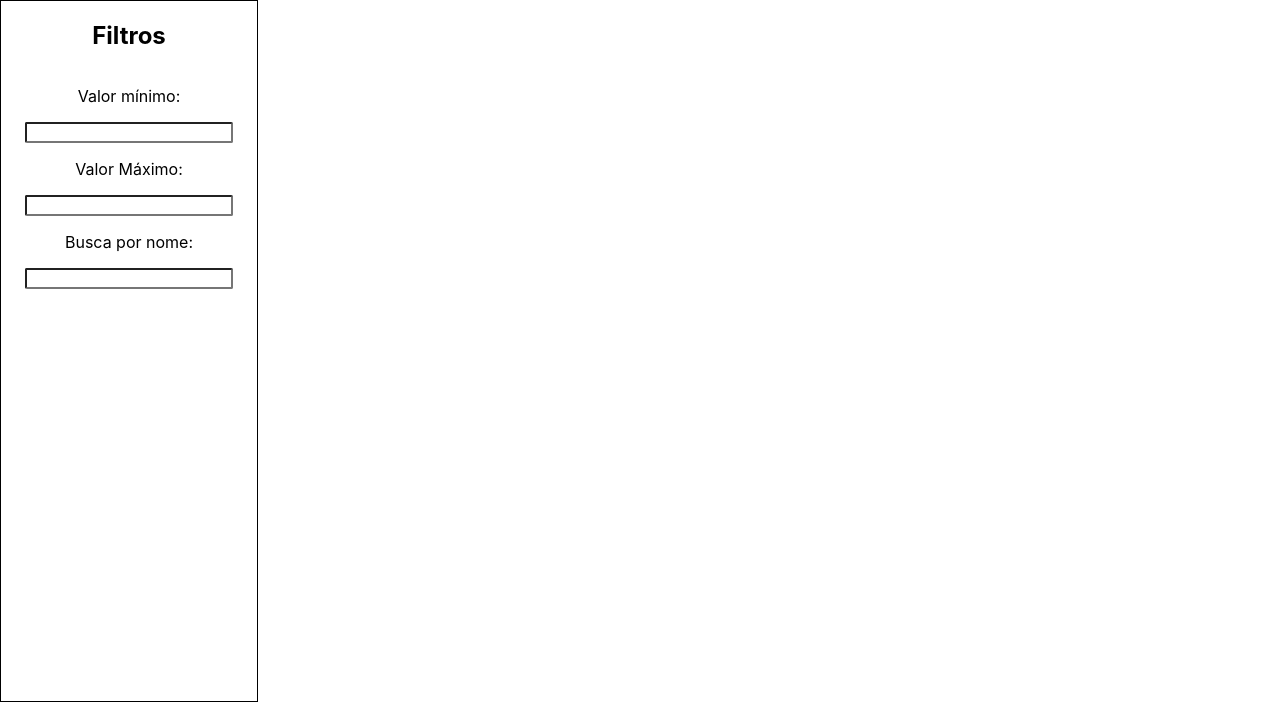
Repository: future4code/Shaw-labe-commerce9
Page: /
The author's editor kept a copy of each file at every save. The page is drawn from the files as they stood at one save, then again after the next save.
The browser window is 1280 px wide. The pictures show the whole page.
The project was rebuilt for these pictures with package versions that can differ from the ones it lists, and the page was loaded fresh each time. Also part of the build but not shown: src/App.css.

Above is the page before, as saved 2022-03-30 16:38:42.

After the next save:
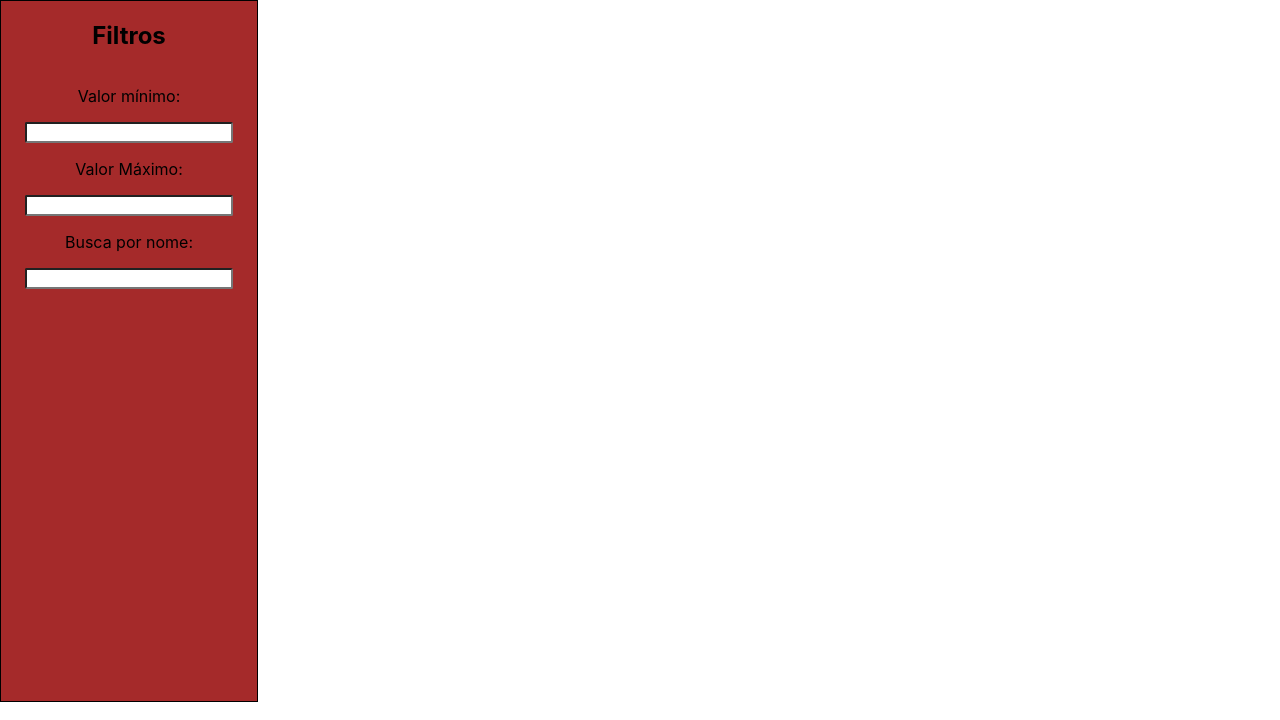
Saved 26 s later.
--- a/src/components/filtro.jsx
+++ b/src/components/filtro.jsx
@@ -3,6 +3,7 @@ import styled from "styled-components";
 
 
 const ContainerFiltro =styled.div`
+background-color: brown;
 display: flex;
 flex-direction: column;
 justify-content: flex-start;
